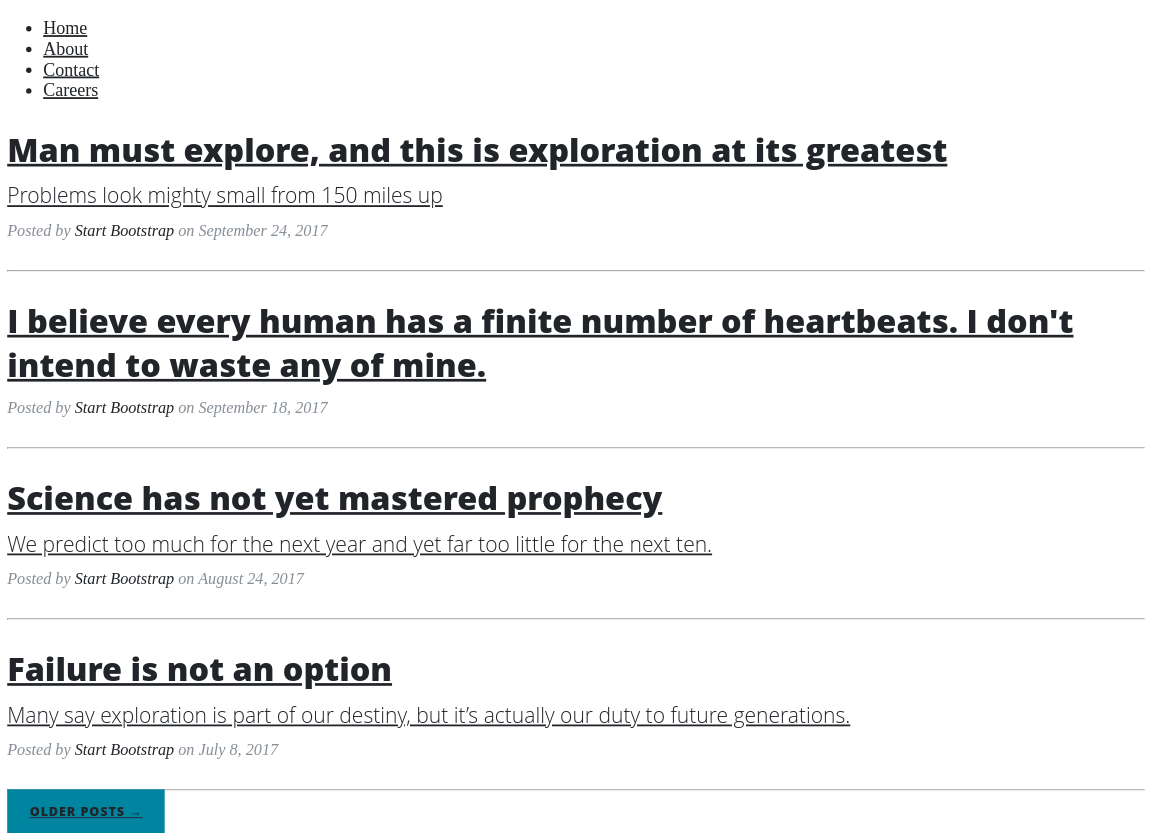
Repository: williamhbcodeinstitute/Flask
Page: http://localhost/
The author's editor kept a record of every edit. The page is drawn from the files as they stood at one moment, then again after the next edit.
The browser window is 1280 px wide. The page is 1280 px wide, then 1295 px, so the pictures cover 1295 px, including what lies to the right of the window. The pictures show the whole page, at 90% of full size.
The page is served by the project's application, run on Flask 3 (run.py).

Above is the page before.

### templates/index.html
{% extends 'base.html' %} {% block content %}

<div class="row">
    <div class="col-lg-8 col-md-10 mx-auto">
        <div class="post-preview">
            <a href="post.html">
                <h2 class="post-title">
                    Man must explore, and this is exploration at its greatest
                </h2>
                <h3 class="post-subtitle">
                    Problems look mighty small from 150 miles up
                </h3>
            </a>
            <p class="post-meta">Posted by
                <a href="#">Start Bootstrap</a> on September 24, 2017</p>
        </div>
        <hr>
        <div class="post-preview">
            <a href="post.html">
                <h2 class="post-title">
                    I believe every human has a finite number of heartbeats. I don't intend to waste any of mine.
                </h2>
            </a>
            <p class="post-meta">Posted by
                <a href="#">Start Bootstrap</a> on September 18, 2017</p>
        </div>
        <hr>
        <div class="post-preview">
            <a href="post.html">
                <h2 class="post-title">
                    Science has not yet mastered prophecy
                </h2>
                <h3 class="post-subtitle">
                    We predict too much for the next year and yet far too little for the next ten.
                </h3>
            </a>
            <p class="post-meta">Posted by
                <a href="#">Start Bootstrap</a> on August 24, 2017</p>
        </div>
        <hr>
        <div class="post-preview">
            <a href="post.html">
                <h2 class="post-title">
                    Failure is not an option
                </h2>
                <h3 class="post-subtitle">
                    Many say exploration is part of our destiny, but it’s actually our duty to future generations.
                </h3>
            </a>
            <p class="post-meta">Posted by
                <a href="#">Start Bootstrap</a> on July 8, 2017</p>
        </div>
        <hr>
        <!-- Pager -->
        <div class="clearfix">
            <a class="btn btn-primary float-right" href="#">Older Posts &rarr;</a>
        </div>
    </div>
</div>
{% endblock %}

### templates/base.html
<!DOCTYPE html>
<html lang="en">
<head>
    <meta charset="UTF-8">
    <meta name="viewport" content="width=device-width, initial-scale=1.0">
    <meta http-equiv="X-UA-Compatible" content="ie=edge">
    <link rel="stylesheet" href="{{ url_for('static', filename='css/clean-blog.min.css') }}" type="text/css" />
    <title>Hello Flask</title>
</head>
<body>

    <nav class = "navbar">
        <ul>
            <li><a href="{{ url_for('index') }}">Home</a></li>
            <li><a href="{{ url_for('about') }}">About</a></li>
            <li><a href="{{ url_for('contact') }}">Contact</a></li>
            <li><a href="{{ url_for('careers') }}">Careers</a></li>
        </ul>
    </nav>

    {% block content %}
    {% endblock %}


</body>
</html>

### run.py
import os
from flask import Flask, render_template

app = Flask(__name__)


@app.route('/')
def index():
    return render_template("index.html")


@app.route('/about')
def about():
    return render_template("about.html")


@app.route('/contact')
def contact():
    return render_template("contact.html")


@app.route('/careers')
def careers():
    return render_template("careers.html")



if __name__ == '__main__':
    app.run(host=os.environ.get('IP'),
            port=int(os.environ.get('PORT')),
            debug=True)

Loaded but not shown: static/css/clean-blog.min.css (library)

After the next edit:
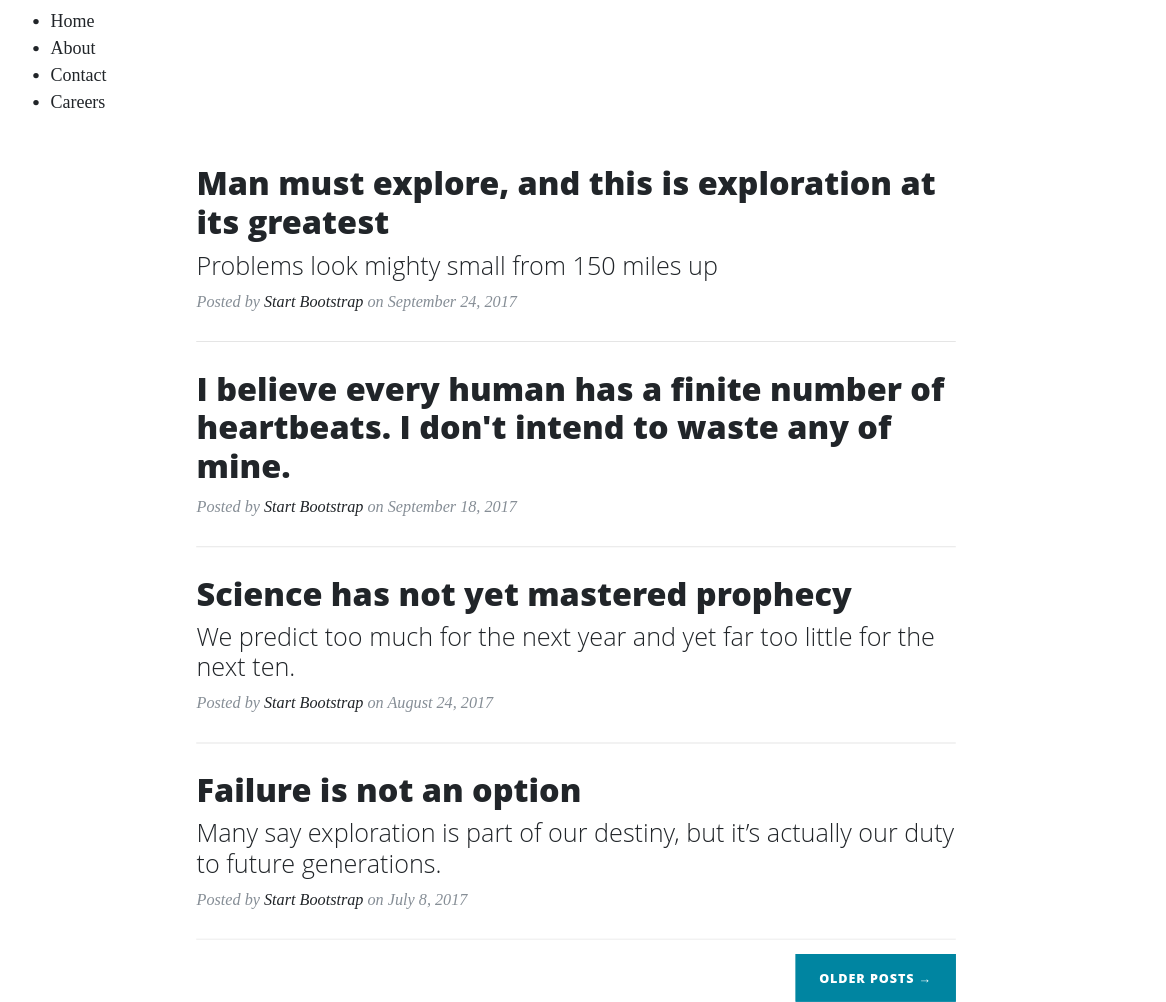
The edit:
--- a/templates/base.html
+++ b/templates/base.html
@@ -4,6 +4,7 @@
     <meta charset="UTF-8">
     <meta name="viewport" content="width=device-width, initial-scale=1.0">
     <meta http-equiv="X-UA-Compatible" content="ie=edge">
+    <link rel="stylesheet" href="{{ url_for('static', filename='vendor/bootstrap/css/bootstrap.min.css') }}" type="text/css" />
     <link rel="stylesheet" href="{{ url_for('static', filename='css/clean-blog.min.css') }}" type="text/css" />
     <title>Hello Flask</title>
 </head>
